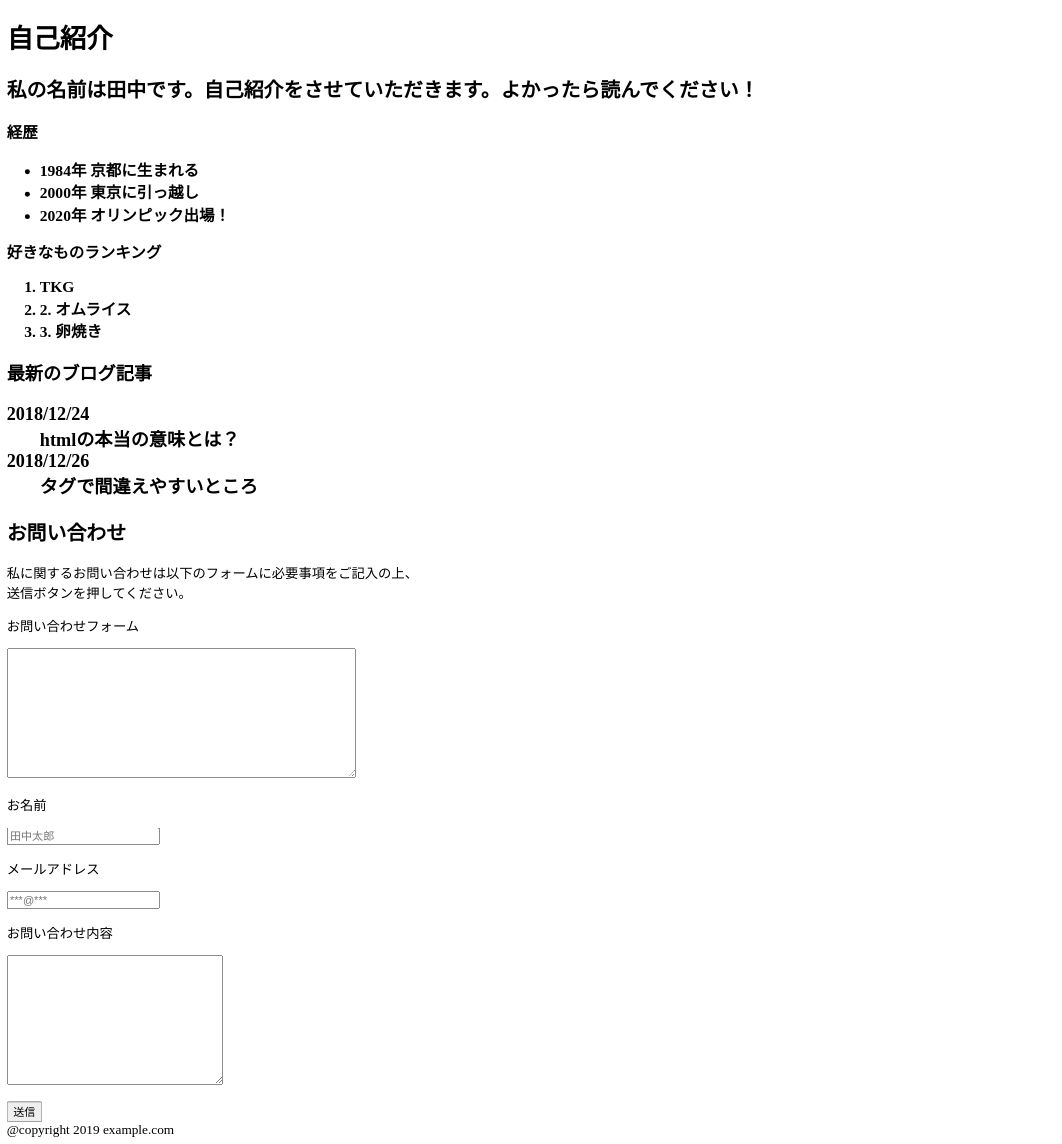
Repository: wairoku/suretigai1
Page: jack.html
An editor plug-in stored every save of this project. The page is shown before and after the next save, followed by the edit.
The browser window is 1280 px wide. The pictures show the whole page, at 83% of full size.

Above is the page before, as saved 2019-01-02 20:22:48.

After the next save:
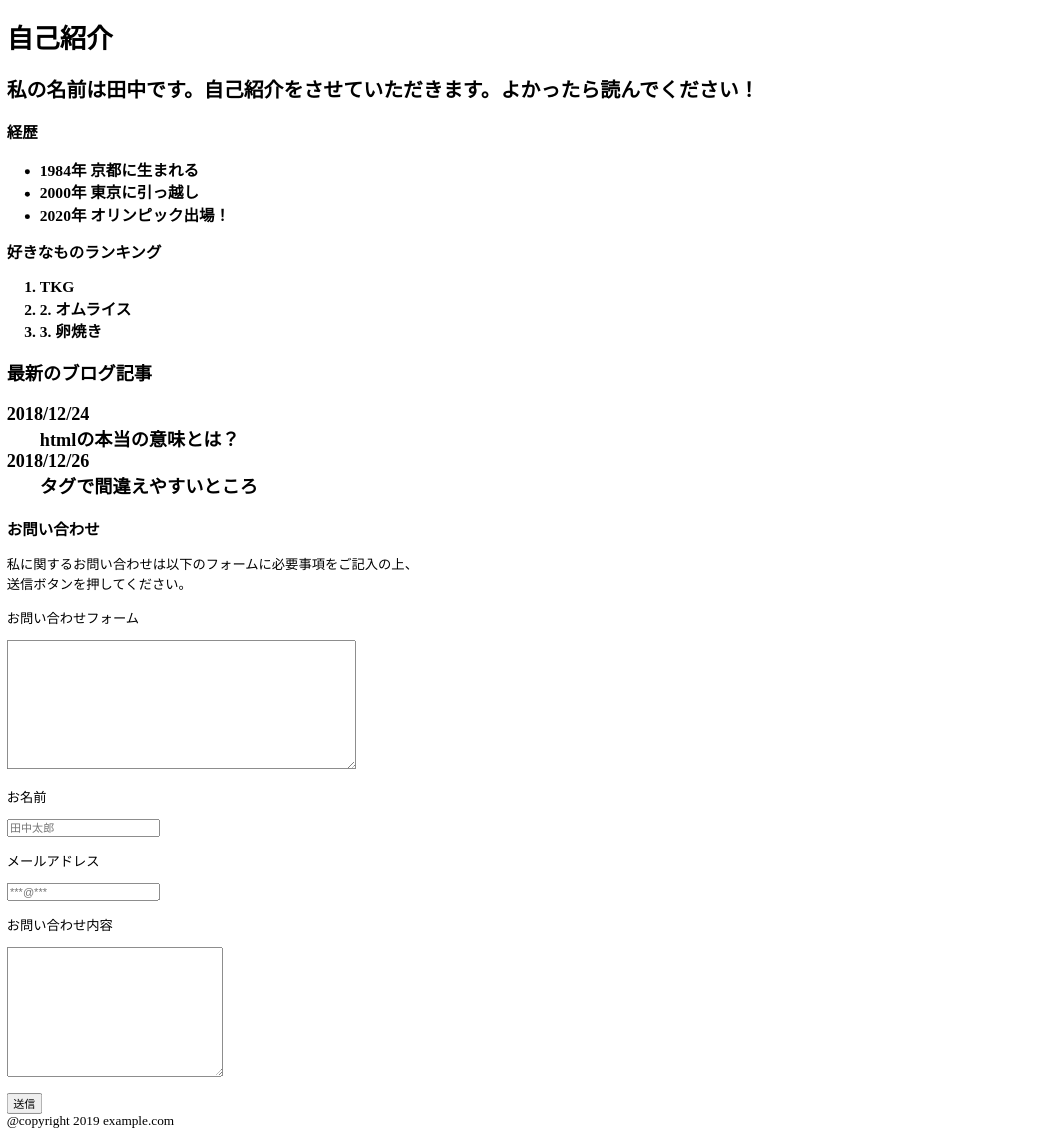
Saved 44 s later.
--- a/jack.html
+++ b/jack.html
@@ -36,7 +36,7 @@
 
 
 
- <h2>お問い合わせ</h2>
+ <h3>お問い合わせ</h3>
 私に関するお問い合わせは以下のフォームに必要事項をご記入の上、 <br>
 送信ボタンを押してください。
 
